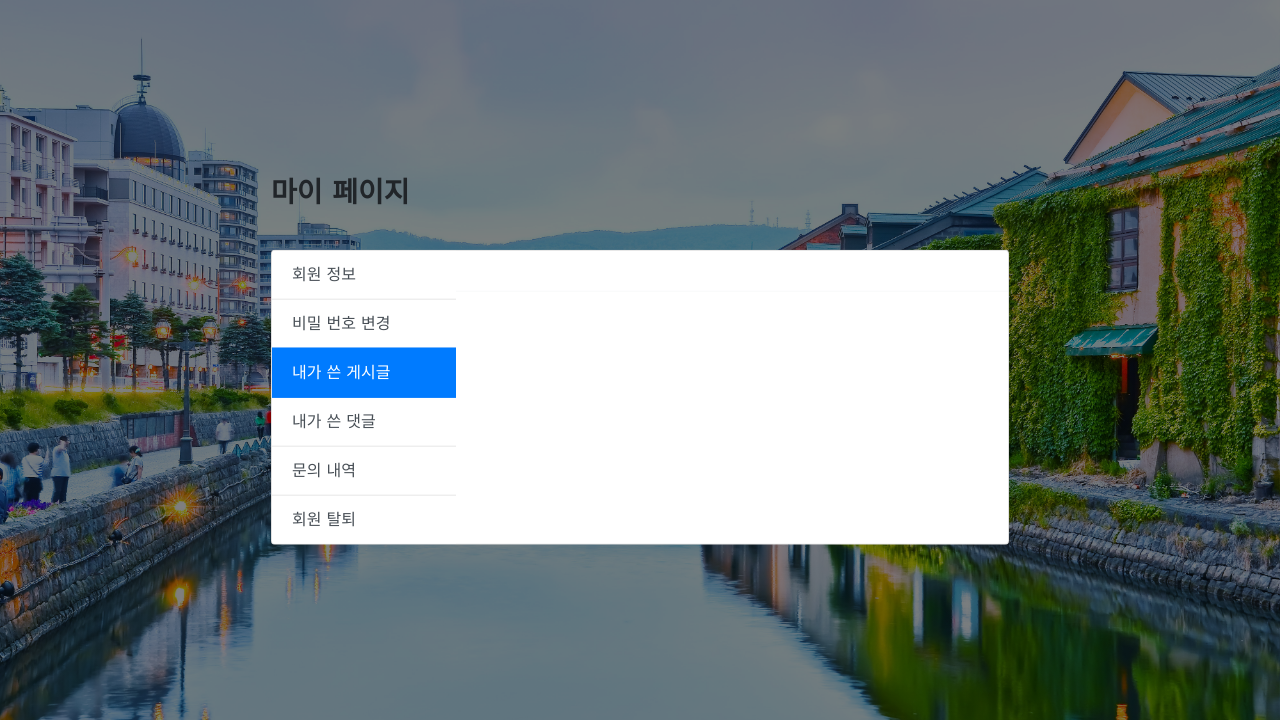
Repository: ExiNni/Travel-Project
Page: http://localhost/project_login/myPage/user-post.jsp
These files come from the project's save history. The page is drawn as it stood at one moment and after the next save; the edit follows.
The browser window is 1280 px wide. The pictures show the whole page.
The page is served by Tomcat 9. Other server files are loaded and not shown.

Above is the page before, as saved 2023-11-14 06:06:25.

### project_login/src/main/webapp/myPage/user-post.jsp
<%@ page language="java" contentType="text/html; charset=UTF-8"
	pageEncoding="UTF-8"%>
<!DOCTYPE html>
<html>
<head>
<meta charset="UTF-8">
<meta name="viewport" content="width=device-width, initial-scale=1.0">
<title>마이페이지</title>
<link rel="stylesheet" href="../myPage/mypage-css/mypage.css">
<link
	href="https://cdn.jsdelivr.net/npm/bootstrap@4.5.0/dist/css/bootstrap.min.css"
	rel="stylesheet">

</head>
<body>
	<form action="LoginServlet" method="post">
		 <header>
        <div class="total">
            <div class="container light-style flex-grow-1 container-p-y">
                <h3 class="font-weight-bold py-3 mb-4">
                    마이 페이지
                </h3>

                <div class="card overflow-hidden">
                    <div class="row no-gutters row-bordered row-border-light">
                        <div class="col-md-3 pt-0">
                            <div class="list-group list-group-flush account-settings-links">
                                <a class="list-group-item list-group-item-action" data-toggle="list" href="user-info.jsp">회원
                                    정보</a>
                                <a class="list-group-item list-group-item-action" data-toggle="list" href="user_password.jsp">비밀 번호
                                    변경</a>
                                <a class="list-group-item list-group-item-action active" data-toggle="list"
                                    href="user-post.jsp">내가 쓴 게시글</a>


                                <a class="list-group-item list-group-item-action" data-toggle="list" href="user-comment.jsp">내가 쓴
                                    댓글</a>
                                <a class="list-group-item list-group-item-action" data-toggle="list" href="user-inquiry-password.jsp">문의 내역</a>
                                <a class="list-group-item list-group-item-action" data-toggle="list" href="user-delete.jsp">회원 탈퇴</a>
                            </div>
                        </div>
                        <div class="col-md-9">
                            <div class="tab-content">
                                <div class="card-body media align-items-center">
                                </div>
                            </div>
                            <hr class="border-light m-0">
                            <div class="card-body">



                            </div>
                        </div>
                    </div>
                </div>
                <div class="text-right mt-3">
                </div>
            </div>
        </div>
    </header>
	</form>
</body>
</html>

### project_login/src/main/webapp/myPage/mypage-css/mypage.css
@charset "EUC-KR";

header{
    background-image:linear-gradient(rgba(0,0,0,0.5),rgba(0,0,0,0.5)), url('3.jpg');
    height: 100vh;
    background-size: cover;
    background-position: center;
}

.total {
    position: absolute;
    top: 50%;
    left: 50%;
    transform: translate(-50%, -50%);
    font-family: Verdana, Geneva, Tahoma, sans-serif;
    width: 60%;
}

#cancle{
    background-color: gray;
    border-color: gray;
}

#delete{
    background-color: red;
    border-color: red;

}

.sad{
    margin-left: 10%;
}

After the next save:
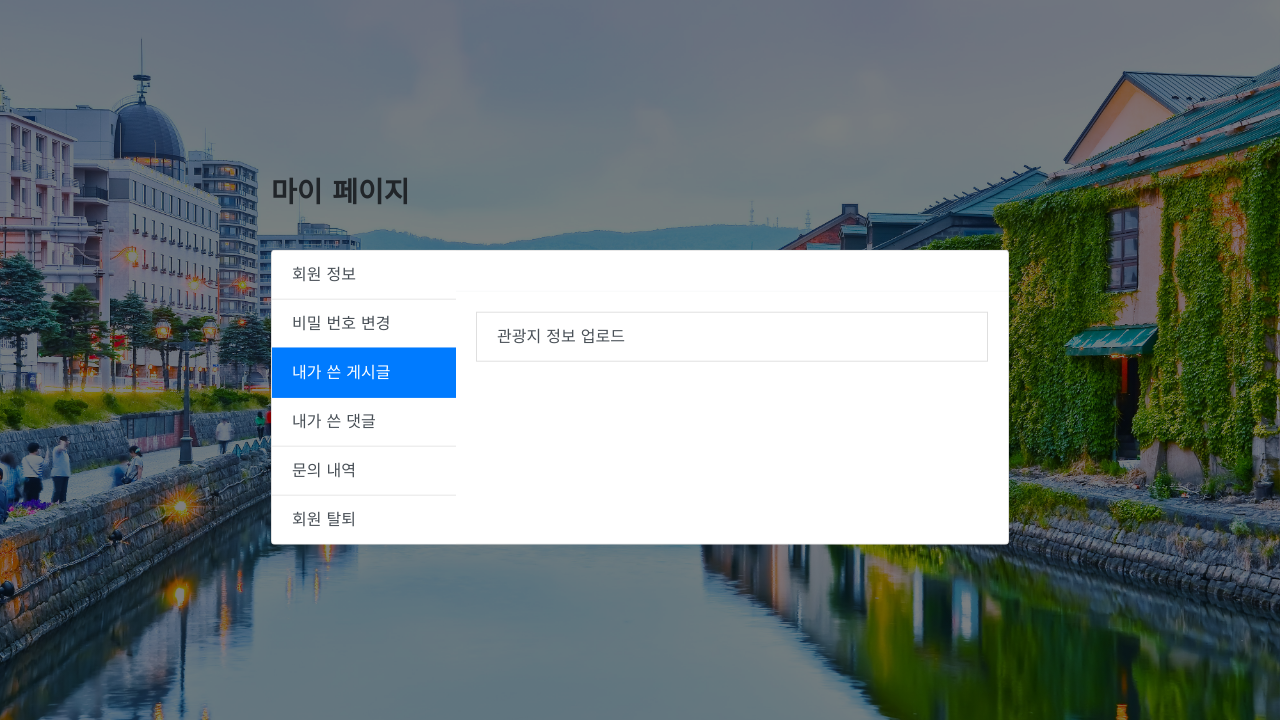
Saved 6 min 51 s later.
--- a/project_login/src/main/webapp/myPage/user-post.jsp
+++ b/project_login/src/main/webapp/myPage/user-post.jsp
@@ -47,7 +47,7 @@
                             <hr class="border-light m-0">
                             <div class="card-body">
 
-
+                                <a class="list-group-item list-group-item-action" data-toggle="list" href="javascript:void(0);" id="uploadBtn">관광지 정보 업로드</a>
 
                             </div>
                         </div>
